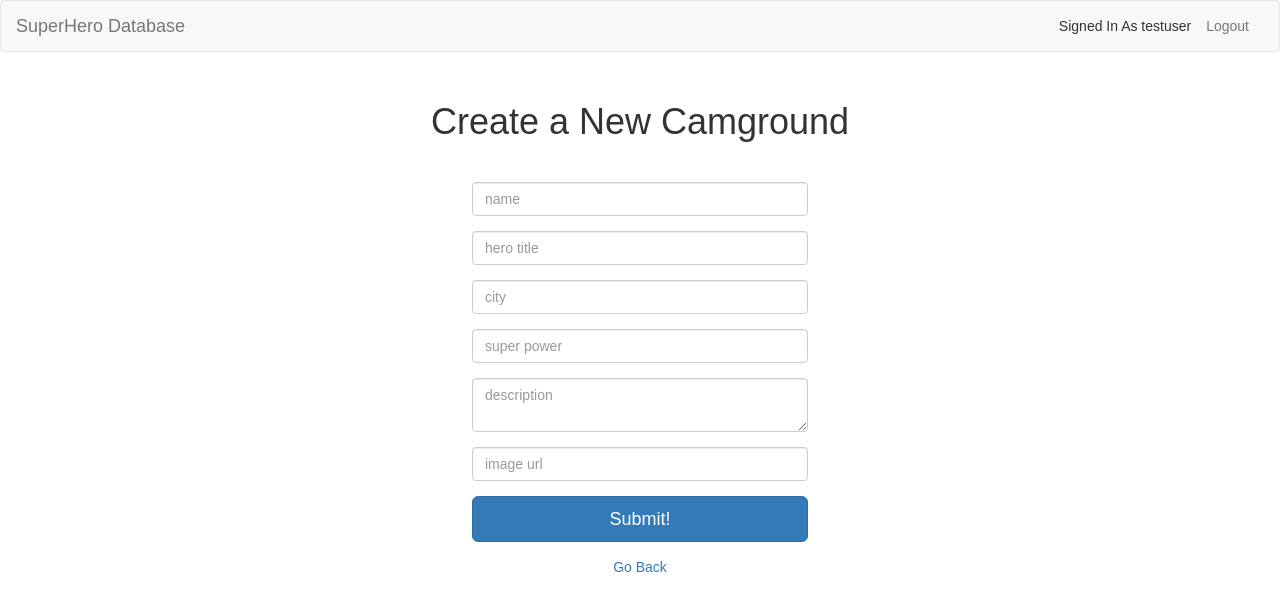
Repository: VincentChan5650/Hero-Database
Page: http://localhost/heroLists/new
The author's editor kept a record of every edit. The page is drawn from the files as they stood at one moment, then again after the next edit.
The browser window is 1280 px wide. The pictures show the whole page.
Some web fonts or font styles are not loaded; a fallback is used. The page is served by the project's Node server (app.js). A made-up user is signed in: {"id": 1, "_id": "000000000000000000000001", "name": "Test User", "username": "testuser", "email": "test@example.com", "role": "admin"}.

Above is the page before.

After the next edit:
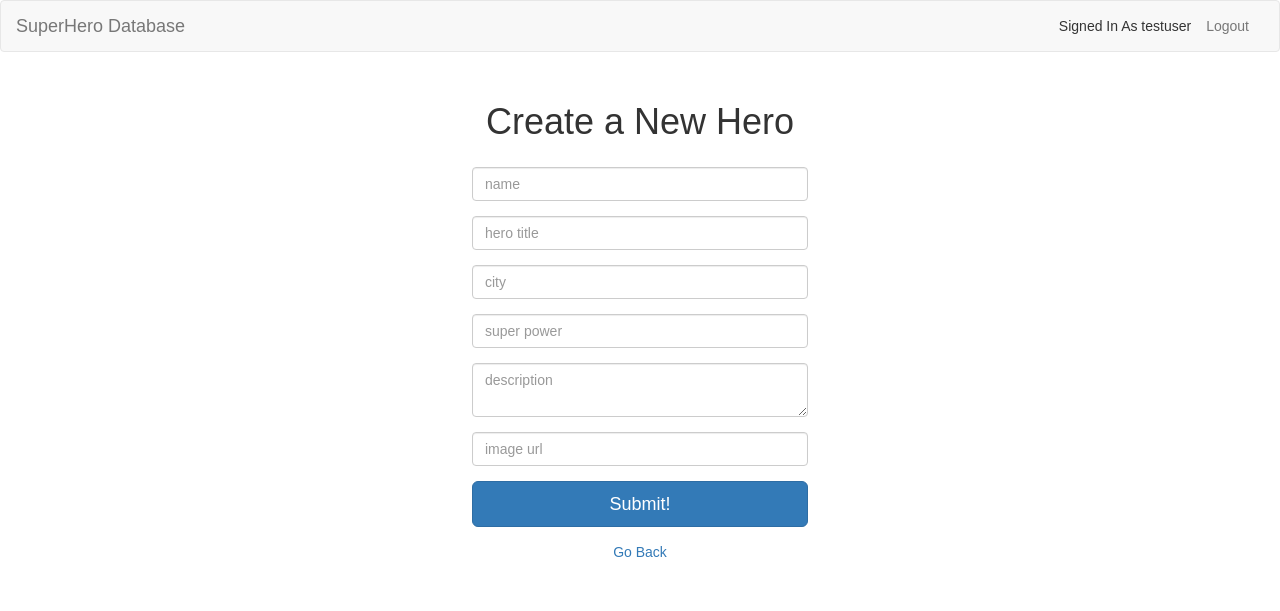
The edit:
--- a/views/new.ejs
+++ b/views/new.ejs
@@ -2,8 +2,8 @@
 
 <div class="container">
     <div class="row">
-        <h1 style="text-align:center;">Create a New Camground</h1>
-        <div style="width:30%; margin:25px auto;">
+        <h1>Create a New Hero</h1>
+        <div class="form-style">
             <form action="/heroLists" method="POST">
 
                 <div class="form-group">
